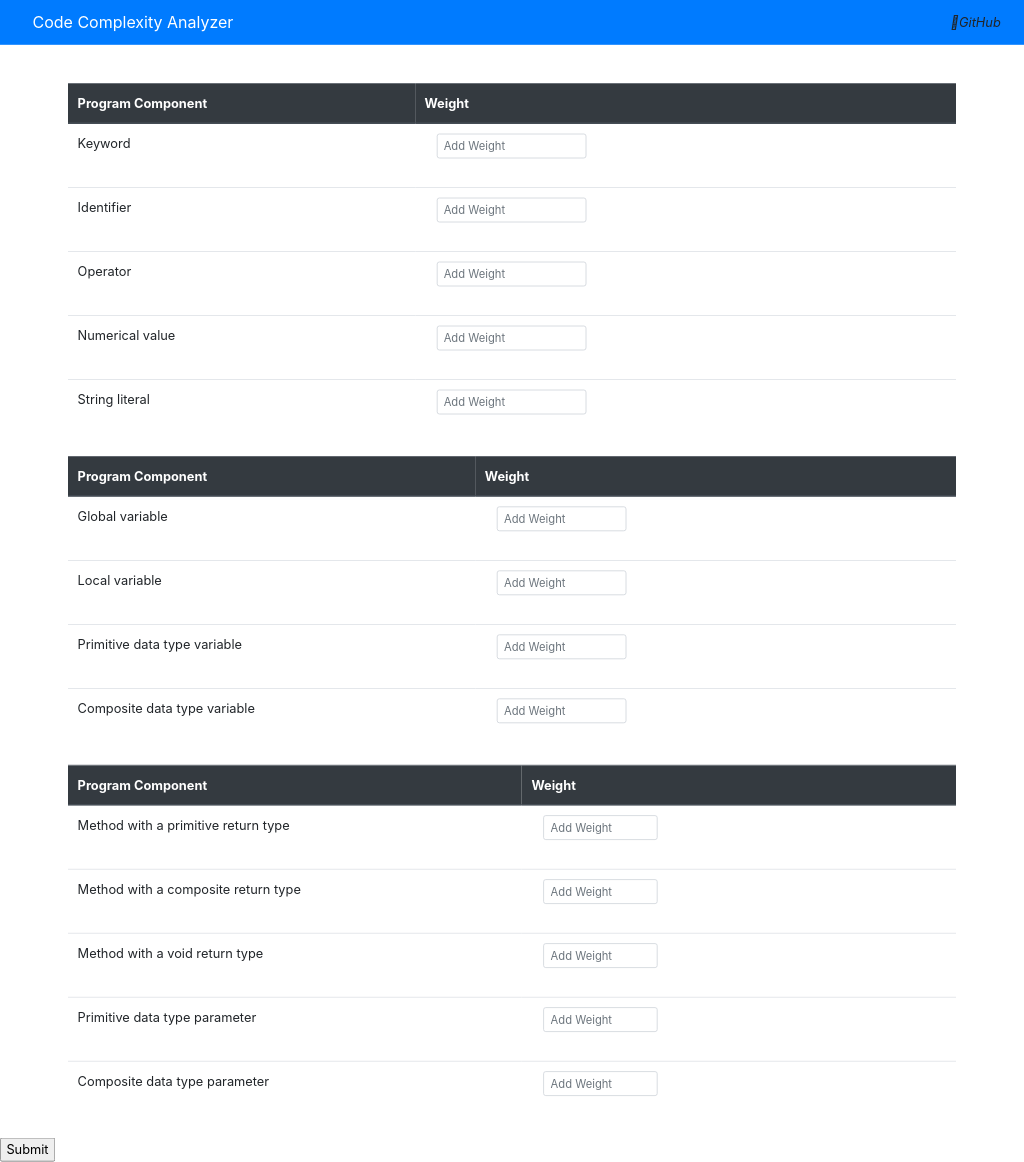
Repository: DinuwanB/Code-Complexity-Analyzer
Page: http://localhost/ITPM/Weight.jsp
These files come from the project's save history. The page is drawn as it stood at one moment and after the next save; the edit follows.
The browser window is 1280 px wide. The pictures show the whole page, at 80% of full size.
The page is served by Tomcat 9. Other server files are loaded and not shown.

Above is the page before, as saved 2020-05-22 15:55:43.

### ITPM/src/main/webapp/Weight.jsp
<%@ page language="java" contentType="text/html; charset=ISO-8859-1"
    pageEncoding="ISO-8859-1"%>
<!DOCTYPE html>
<html>
<head>
<meta charset="ISO-8859-1">
<title>Weight</title>
<link rel="stylesheet" href="https://maxcdn.bootstrapcdn.com/bootstrap/4.0.0/css/bootstrap.min.css" integrity="sha384-Gn5384xqQ1aoWXA+058RXPxPg6fy4IWvTNh0E263XmFcJlSAwiGgFAW/dAiS6JXm" crossorigin="anonymous">
<link rel="stylesheet"
	href="https://stackpath.bootstrapcdn.com/bootstrap/4.4.1/css/bootstrap.min.css"
	integrity="sha384-Vkoo8x4CGsO3+Hhxv8T/Q5PaXtkKtu6ug5TOeNV6gBiFeWPGFN9MuhOf23Q9Ifjh"
	crossorigin="anonymous">
<link
	href="https://stackpath.bootstrapcdn.com/font-awesome/4.7.0/css/font-awesome.min.css"
	rel="stylesheet"
	integrity="sha384-wvfXpqpZZVQGK6TAh5PVlGOfQNHSoD2xbE+QkPxCAFlNEevoEH3Sl0sibVcOQVnN"
	crossorigin="anonymous">
</head>
<body>
<nav class="navbar navbar-dark bg-primary">
		<div class="container">
			<a class="navbar-brand" href="index.jsp">Code Complexity Analyzer</a>


		</div>
		<button class="btn btn" type="submit" id="inputGroupFileAddon04" href="https://github.com/DinuwanB/Code-Complexity-Analyzer">
			<i class="fab fa-github-square">GitHub</i>
		</button>

	</nav>
	<br>
	<br>
	<form action="weight" method="POST" >
			<div class="container">
	<table class="table">
  <thead class="thead-dark">
    <tr>
      <th scope="col">Program Component</th>
      <th scope="col">Weight</th>
    </tr>
  </thead>
  <tbody>
    <tr>
      <td>Keyword</td>
      <td>
      <div class="col-auto col-md-4">
      <label class="sr-only" for="inlineFormInput">Weight</label>
      <input type="text" class="form-control mb-4 form-control-sm" name="Keyword" id="Keyword" placeholder="Add Weight" required>
      </div>
    </td>
    </tr>
    <tr>
     <td>Identifier</td>
     <td>
     <div class="col-auto col-md-4">
      <label class="sr-only" for="inlineFormInput">Weight</label>
      <input type="text" class="form-control mb-4 form-control-sm" name="Identifier" id="Identifier" placeholder="Add Weight" required>
      </div>
     </td>
    </tr>
  	<tr>
  	 <td>Operator</td>
  	 <td>
     <div class="col-auto col-md-4">
      <label class="sr-only" for="inlineFormInput">Weight</label>
      <input type="text" class="form-control mb-4 form-control-sm" name="Operator" id="Operator" placeholder="Add Weight" required>
      </div>
     </td>
  	</tr>
  	<tr>
  	<td>Numerical value</td>
  	<td>
     <div class="col-auto col-md-4">
      <label class="sr-only" for="inlineFormInput">Weight</label>
      <input type="text" class="form-control mb-4 form-control-sm" name="Numericalvalue" id="Numericalvalue" placeholder="Add Weight" required>
      </div>
     </td>
    </tr>
    <tr>
    <td>String literal</td>
    <td>
     <div class="col-auto col-md-4">
      <label class="sr-only" for="inlineFormInput">Weight</label>
      <input type="text" class="form-control mb-4 form-control-sm" name="Stringliteral" id="Stringliteral" placeholder="Add Weight" required>
      </div>
     </td>
    </tr>
  </tbody>
</table>
<table class="table">
  <thead class="thead-dark">
    <tr>
      <th scope="col">Program Component</th>
      <th scope="col">Weight</th>
    </tr>
  </thead>
  <tbody>
    <tr>
      <td>Global variable</td>
      <td>
     <div class="col-auto col-md-4">
      <label class="sr-only" for="inlineFormInput">Weight</label>
      <input type="text" class="form-control mb-4 form-control-sm" name="Globalv" id="Globalv" placeholder="Add Weight" required>
      </div>
     </td>
    </tr>
    <tr>
     <td>Local variable</td>
     <td>
     <div class="col-auto col-md-4">
      <label class="sr-only" for="inlineFormInput">Weight</label>
      <input type="text" class="form-control mb-4 form-control-sm" name="Localv" id="Localv" placeholder="Add Weight" required>
      </div>
     </td>
    </tr>
  	<tr>
  	 <td>Primitive data type variable</td>
  	 <td>
     <div class="col-auto col-md-4">
      <label class="sr-only" for="inlineFormInput">Weight</label>
      <input type="text" class="form-control mb-4 form-control-sm" name="Primitive" id="Primitive" placeholder="Add Weight" required>
      </div>
     </td>
  	</tr>
  	<tr>
  	<td>Composite data type variable</td>
  	<td>
     <div class="col-auto col-md-4">
      <label class="sr-only" for="inlineFormInput">Weight</label>
      <input type="text" class="form-control mb-4 form-control-sm" name="Composite" id="Composite" placeholder="Add Weight" required>
      </div>
     </td>
    </tr>
  </tbody>
</table>
<table class="table">
  <thead class="thead-dark">
    <tr>
      <th scope="col">Program Component</th>
      <th scope="col">Weight</th>
    </tr>
  </thead>
  <tbody>
    <tr>
      <td>Method with a primitive return type</td>
      <td>
     <div class="col-auto col-md-4">
      <label class="sr-only" for="inlineFormInput">Weight</label>
      <input type="text" class="form-control mb-4 form-control-sm" name="primitivert" id="primitivert" placeholder="Add Weight" required>
      </div>
     </td>
    </tr>
    <tr>
     <td>Method with a composite return type</td>
     <td>
     <div class="col-auto col-md-4">
      <label class="sr-only" for="inlineFormInput">Weight</label>
      <input type="text" class="form-control mb-4 form-control-sm" name="compositert" id="compositert" placeholder="Add Weight" required>
      </div>
     </td>
    </tr>
  	<tr>
  	 <td>Method with a void return type</td>
  	 <td>
     <div class="col-auto col-md-4">
      <label class="sr-only" for="inlineFormInput">Weight</label>
      <input type="text" class="form-control mb-4 form-control-sm" name="voidrt" id="voidrt" placeholder="Add Weight" required>
      </div>
     </td>
  	</tr>
  	<tr>
  	<td>Primitive data type parameter</td>
  	<td>
     <div class="col-auto col-md-4">
      <label class="sr-only" for="inlineFormInput">Weight</label>
      <input type="text" class="form-control mb-4 form-control-sm" name="pparameter" id="pparameter" placeholder="Add Weight" required>
      </div>
     </td>
    </tr>
    <tr>
    <td>Composite data type parameter</td>
    <td>
     <div class="col-auto col-md-4">
      <label class="sr-only" for="inlineFormInput">Weight</label>
      <input type="text" class="form-control mb-4 form-control-sm" name="cparameter" id="cparameter" placeholder="Add Weight" required>
      </div>
     </td>
    </tr>
  </tbody>
</table>
</div>
<input type="submit" name="btn-sub"/>
		</form>
</body>
</html>

After the next save:
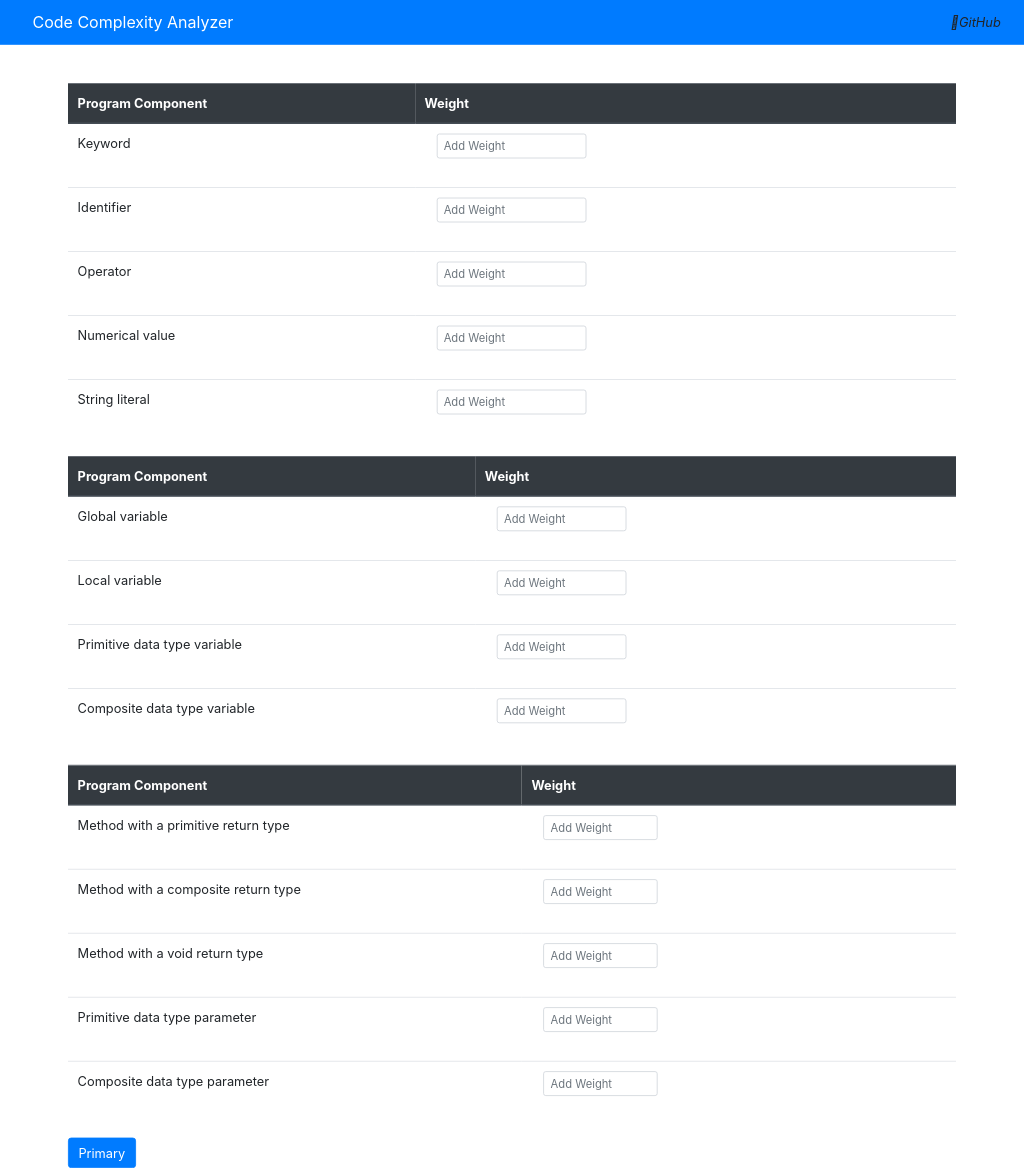
Saved 2 min 26 s later.
--- a/ITPM/src/main/webapp/Weight.jsp
+++ b/ITPM/src/main/webapp/Weight.jsp
@@ -188,8 +188,8 @@
     </tr>
   </tbody>
 </table>
+<button type=submit class="btn btn-primary">Primary</button>
 </div>
-<input type="submit" name="btn-sub"/>
 		</form>
 </body>
 </html>
